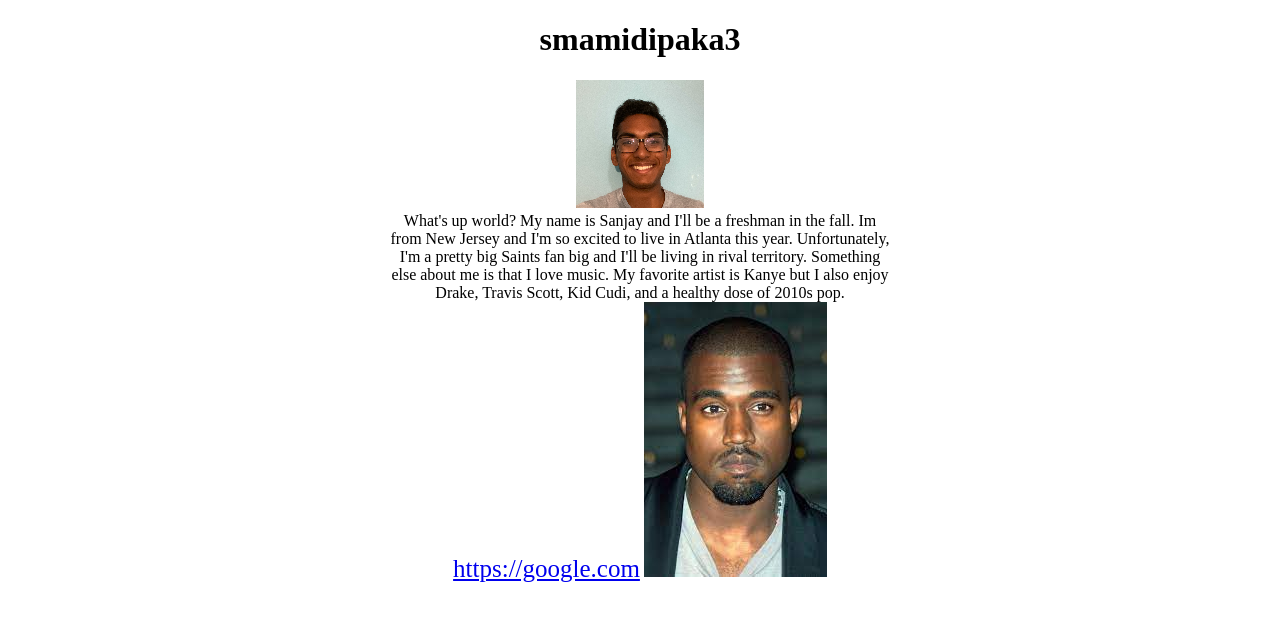
Repository: sanjayMamidipaka/cs1301
Page: lab01/index.html
An editor plug-in stored every save of this project. The page is shown before and after a run of saves, followed by the edit.
The browser window is 1280 px wide. The pictures show the whole page.

Above is the page before, as saved 2021-07-22 16:15:17.

After the next 2 saves:
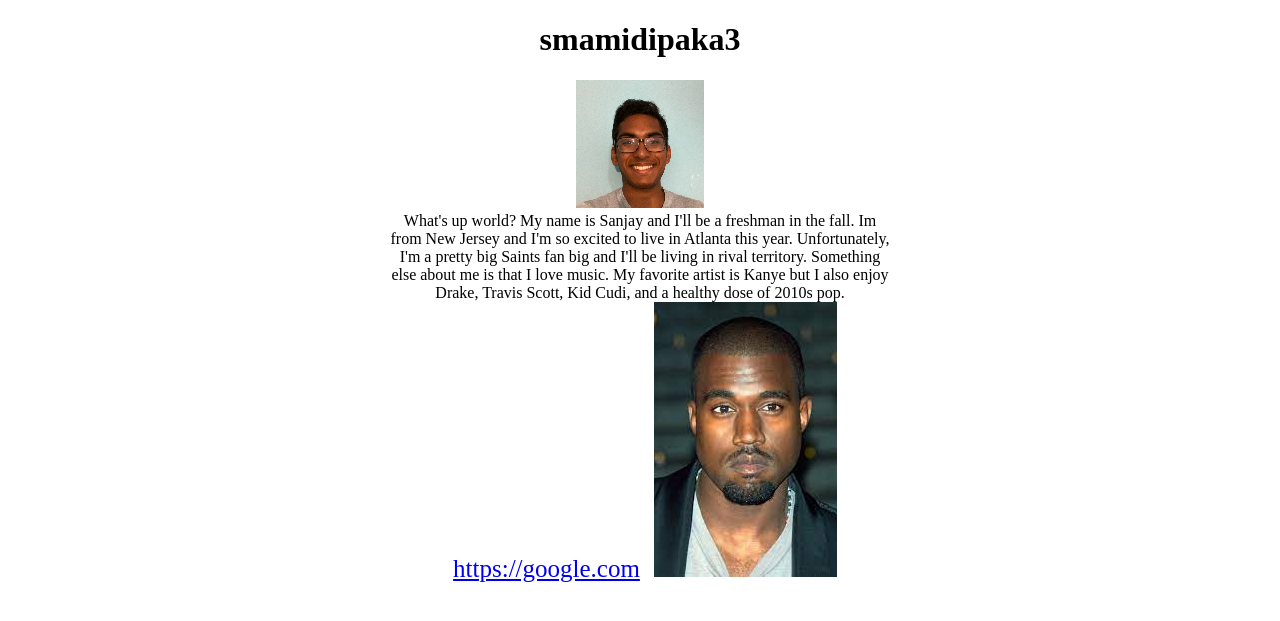
The 2 saves are shown as one change because they came seconds apart.
The last was saved 47 s later.
--- a/lab01/style.css
+++ b/lab01/style.css
@@ -14,5 +14,6 @@
 }
 
 .kanye {
-    left: 10px
+    position: relative;
+    left: 10px;
 }
